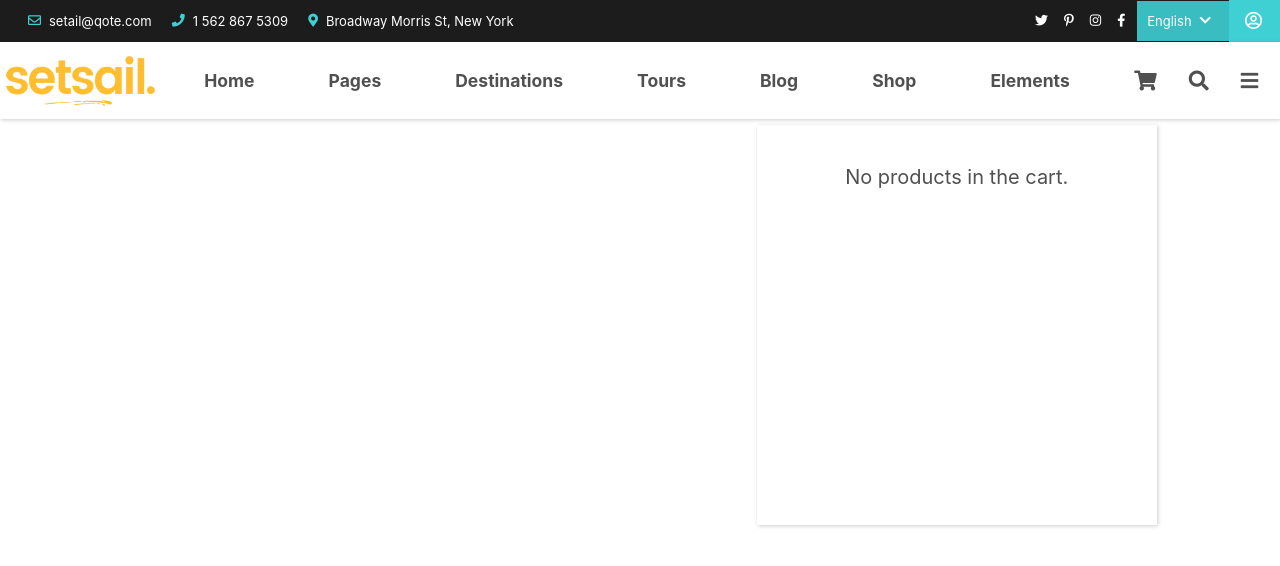
Repository: Hunga9k50doker/Setail
Page: /
These files come from the project's save history. The page is drawn as it stood at one moment and after a run of saves; the edit follows.
The browser window is 1280 px wide. The pictures show the whole page.
The project was rebuilt for these pictures with package versions that can differ from the ones it lists, and the page was loaded fresh each time.

Above is the page before, as saved 2021-10-21 11:40:11.

### public/index.html
<!DOCTYPE html>
<html lang="en">

<head>
  <meta charset="utf-8" />
  <link rel="icon" href="%PUBLIC_URL%/favicon.ico" />
  <meta name="viewport" content="width=device-width, initial-scale=1" />
  <meta name="theme-color" content="#000000" />
  <meta name="description" content="Web site created using create-react-app" />
  <link rel="stylesheet" href="./font/fontawesome-free-5.15.3-web/css/all.min.css">
  <link rel="apple-touch-icon" href="%PUBLIC_URL%/logo192.png" />
  <!--
      manifest.json provides metadata used when your web app is installed on a
      user's mobile device or desktop. See https://developers.google.com/web/fundamentals/web-app-manifest/
    -->
  <link rel="manifest" href="%PUBLIC_URL%/manifest.json" />
  <!--
      Notice the use of %PUBLIC_URL% in the tags above.
      It will be replaced with the URL of the `public` folder during the build.
      Only files inside the `public` folder can be referenced from the HTML.

      Unlike "/favicon.ico" or "favicon.ico", "%PUBLIC_URL%/favicon.ico" will
      work correctly both with client-side routing and a non-root public URL.
      Learn how to configure a non-root public URL by running `npm run build`.
    -->
  <title>React App</title>
</head>

<body>
  <noscript>You need to enable JavaScript to run this app.</noscript>
  <div id="root">

  </div>
  <script type="text/babel">
  </script>
  <!--
      This HTML file is a template.
      If you open it directly in the browser, you will see an empty page.

      You can add webfonts, meta tags, or analytics to this file.
      The build step will place the bundled scripts into the <body> tag.

      To begin the development, run `npm start` or `yarn start`.
      To create a production bundle, use `npm run build` or `yarn build`.
    -->
</body>

</html>

### src/index.js
import React from "react";
import ReactDOM from "react-dom";
import App from "./views/App.js";
import reportWebVitals from "./reportWebVitals";
import "./styles/global.scss";
// import socialNetworks from '../src/components/socialNetworks'

ReactDOM.render(
  <React.StrictMode>
    <App />
  </React.StrictMode>,
  document.getElementById("root")
);

// If you want to start measuring performance in your app, pass a function
// to log results (for example: reportWebVitals(console.log))
// or send to an analytics endpoint. Learn more: https://bit.ly/CRA-vitals
reportWebVitals();

### src/views/App.js
import './App.scss';
import NavOnTop from '../components/NavOnTop/NavOnTop';
import Nav from '../components/Navigation/Nav';

function App() {

  return (
    <div className="App">
      <NavOnTop />
      <Nav />
    </div>
  );
}

export default App;

### src/styles/global.scss
@import './variables';

* {
  margin: 0;
  padding: 0;
  box-sizing: border-box;
}

body {
  margin: 0;
  font-family: -apple-system, BlinkMacSystemFont, "Segoe UI", "Roboto", "Oxygen",
    "Ubuntu", "Cantarell", "Fira Sans", "Droid Sans", "Helvetica Neue",
    sans-serif;
  -webkit-font-smoothing: antialiased;
  -moz-osx-font-smoothing: grayscale;
}

code {
  font-family: source-code-pro, Menlo, Monaco, Consolas, "Courier New",
    monospace;
}

ul,
li {
  display: inline-block;
  list-style: none;
  padding-left: 0;
}

a {
  text-decoration: none;
  display: inline-block;
  color: #505050;
}

.bridge {
  content: "";
  position: absolute;
  top: -4px;
  left: 50%;
  transform: translate(-50%, 0);
  width: 100%;
  height: 8px;
}

.hover-slide-below {
  content: " ";
  width: 100%;
  height: 4px;
  background: $bg-color--hover;
  position: absolute;
  bottom: -8px;
  left: 0;
  border-radius: 8px;
  transform: scaleX(0);
  transform-origin: center left;
  transition: all 0.3s ease;
}

### src/views/App.scss
.App {
  text-align: center;
  background: #999;
}

### src/components/NavOnTop/NavOnTop.js
// import { render } from "@testing-library/react";
import './NavOnTop.scss';

const NavOnTop = () => {
  return (
    <div className="nav__onTop">
      <ul className="nav__onTop-leftInner">
        <li className="nav__onTop-leftInner-item">
          <i className="far fa-envelope"></i>
          <p className="nav__onTop-leftInner-item-text">setail@qote.com</p>
        </li>
        <li className="nav__onTop-leftInner-item">
          <i className="fas fa-phone"></i>
          <p className="nav__onTop-leftInner-item-text">1 562 867 5309</p>
        </li>
        <li className="nav__onTop-leftInner-item">
          <i className="fas fa-map-marker-alt"></i>
          <p className="nav__onTop-leftInner-item-text">
            Broadway Morris St, New York
          </p>
        </li>
      </ul>
      <ul className="nav__onTop-rightInner">
        <li className="nav__onTop-rightInner-item nav__onTop-rightInner-item-socialNetwork">
          <i className=" fab fa-twitter"></i>
        </li>
        <li className="nav__onTop-rightInner-item nav__onTop-rightInner-item-socialNetwork">
          <i className=" fab fa-pinterest-p"></i>
        </li>
        <li className="nav__onTop-rightInner-item nav__onTop-rightInner-item-socialNetwork">
          <i className=" fab fa-instagram"></i>
        </li>
        <li className="nav__onTop-rightInner-item nav__onTop-rightInner-item-socialNetwork">
          <i className=" fab fa-facebook-f"></i>
        </li>
        <li className="nav__onTop-rightInner-item nav__onTop-rightInner-item-toggleLang">
            <p>English</p>
            <i className="fas fa-chevron-down"></i>
          <div className="nav__onTop-rightInner-item-langs">
            <a href="#" className="nav__onTop-rightInner-item-lang">
              VietNam
            </a>
            <a href="#" className="nav__onTop-rightInner-item-lang">
              France
            </a>
            <a href="#" className="nav__onTop-rightInner-item-lang">
              German
            </a>
          </div>
        </li>
        <li className="nav__onTop-rightInner-item nav__onTop-rightInner-account">
          <i className="far fa-user-circle"></i>
        </li>
      </ul>
    </div>
  );
};

export default NavOnTop;

### src/components/Navigation/Nav.js
import "./Nav.scss";

const Nav = () => {
  return (
    <div className="nav">
      <img src="./logo/logo-footer.png" alt="Not found" className="nav__logo" />
      <ul className="nav__list">
        <li className="nav__list-item nav__list-item-Home">
          <h3 className="nav__list-item-title">Home</h3>
          <div className="nav__list-item-selections">
            <a href="#" className="nav__list-item-selection">
              <p>Travel Agency</p>
            </a>
            <a href="#" className="nav__list-item-selection">
              <p>Winters Holidays</p>
            </a>
            <a href="#" className="nav__list-item-selection">
              <p>Exotic Destinations</p>
            </a>
          </div>
        </li>
        <li className="nav__list-item nav__list-item-Pages">
          <h3 className="nav__list-item-title">Pages</h3>
          <div className="nav__list-item-selections">
            <a href="#" className="nav__list-item-selection">
              <p>About Us</p>
            </a>
            <a href="#" className="nav__list-item-selection">
              <p>What We Offer</p>
            </a>
            <a href="#" className="nav__list-item-selection">
              <p>Our Team</p>
            </a>
          </div>
        </li>
        <li className="nav__list-item nav__list-item-Destinations">
          <h3 className="nav__list-item-title">Destinations</h3>
          <div className="nav__list-item-selections">
            <a href="#" className="nav__list-item-selection">
              <p>Destination List</p>
            </a>
            <a href="#" className="nav__list-item-selection">
              <p>Destination Slider</p>
            </a>
            <a href="#" className="nav__list-item-selection">
              <p>Destination Item</p>
            </a>
          </div>
        </li>
        <li className="nav__list-item nav__list-item-Tours">
          <h3 className="nav__list-item-title">Tours</h3>
          <div className="nav__list-item-selections">
            <a href="#" className="nav__list-item-selection">
              <p>Standard List</p>
            </a>
            <a href="#" className="nav__list-item-selection">
              <p>Gallery List</p>
            </a>
            <a href="#" className="nav__list-item-selection">
              <p>Split List</p>
            </a>
          </div>
        </li>
        <li className="nav__list-item nav__list-item-Blog">
          <h3 className="nav__list-item-title">Blog</h3>
          <div className="nav__list-item-selections">
            <a href="#" className="nav__list-item-selection">
              <p>Blog Masonry</p>
            </a>
            <div className="nav__list-item-selection">
              <p>Blog Standard</p>
              <i className="fas fa-chevron-right"></i>
              <ul className="sub-menu ">
                <li className="sub-menu-item">
                  <a href="#">Right Sidebar</a>
                </li>
                <li className="sub-menu-item">
                  <a href="#">Left Sidebar</a>
                </li>
                <li className="sub-menu-item">
                  <a href="#">Without Sidebar</a>
                </li>
              </ul>
            </div>
            <div className="nav__list-item-selection">
              <p>Blog Types</p>
              <i className="fas fa-chevron-right"></i>
              <ul className="sub-menu ">
                <li className="sub-menu-item">
                  <a href="#">Standard </a>
                </li>
                <li className="sub-menu-item">
                  <a href="#">Gallery </a>
                </li>
                <li className="sub-menu-item">
                  <a href="#">Link</a>
                </li>
              </ul>
            </div>
          </div>
        </li>
        <li className="nav__list-item nav__list-item-Shop">
          <h3 className="nav__list-item-title">Shop</h3>
          <div className="nav__list-item-selections">
            <a href="#" className="nav__list-item-selection">
              <p>Product List</p>
            </a>
            <a href="#" className="nav__list-item-selection">
              <p>Product Single</p>
            </a>
            <div className="nav__list-item-selection">
              <p>Shop Layout</p>
              <i className="fas fa-chevron-right"></i>
              <ul className="sub-menu">
                <li className="sub-menu-item">
                  <a href="#">Three Columns </a>
                </li>
                <li className="sub-menu-item">
                  <a href="#">Four Columns </a>
                </li>
                <li className="sub-menu-item">
                  <a href="#">Full Width</a>
                </li>
              </ul>
            </div>
          </div>
        </li>
        <li className="nav__list-item nav__list-item-Elements">
          <h3 className="nav__list-item-title">Elements</h3>
          <div className="nav__list-item-selections">
            <ul className="nav__list-item-selection sub-category">
              <li className="sub-category-item">Featured</li>
              <li className="sub-category-item">
                <a href="#">Tour List</a>
              </li>
              <li className="sub-category-item">
                <a href="#">Tour Carousel</a>
              </li>
              <li className="sub-category-item">
                <a href="#">Tour Filter</a>
              </li>
            </ul>
            <ul className="nav__list-item-selection sub-category">
              <li className="sub-category-item">Presentation</li>
              <li className="sub-category-item">
                <a href="#">Team</a>
              </li>
              <li className="sub-category-item">
                <a href="#">Blog List</a>
              </li>
              <li className="sub-category-item">
                <a href="#">Shop List</a>
              </li>
            </ul>
            <ul className="nav__list-item-selection sub-category">
              <li className="sub-category-item">ClassNameic</li>
              <li className="sub-category-item">
                <a href="#">Accordions</a>
              </li>
              <li className="sub-category-item">
                <a href="#">Tabs</a>
              </li>
              <li className="sub-category-item">
                <a href="#">Buttons</a>
              </li>
            </ul>
            <ul className="nav__list-item-selection sub-category">
              <li className="sub-category-item">Typography</li>
              <li className="sub-category-item">
                <a href="#">Headings</a>
              </li>
              <li className="sub-category-item">
                <a href="#">Columns</a>
              </li>
              <li className="sub-category-item">
                <a href="#">Section Title</a>
              </li>
            </ul>
          </div>
        </li>
      </ul>
      <ul className="nav__innerRight">
        <li className="nav__innerRight-item nav__innerRight-item-cart">
          <i className="fas fa-shopping-cart"></i>
          <div className="cart-category">
            <p>No products in the cart.</p>
          </div>
        </li>
        <li className="nav__innerRight-item nav__innerRight-item-search">
          <i className="fas fa-search"></i>
        </li>
        <li className="nav__innerRight-item nav__innerRight-item-category">
          <i className="fas fa-bars"></i>
        </li>
      </ul>
    </div>
  );
};

export default Nav;

### src/styles/_variables.scss


$primary-color:#3fd0d4;
$bg-color--hover:#3abdc1;
$text-color: #505050;
$white-color:#fff;

### src/components/NavOnTop/NavOnTop.scss
@import '../../styles/variables';

.nav__onTop {
  display: flex;
  align-items: center;
  justify-content: space-between;
  padding: 0 0 0 18px;
  background: #1c1c1c;
  color: #fff;
  &-leftInner,
  &-rightInner {
    display: flex;
    align-items: center;
    &-item {
      display: flex;
      align-items: center;
      justify-content: center;
      font-size: 13px;
      padding: 0 10px;
      cursor: pointer;
      &:hover {
        color: $primary-color;
      }
      i {
        margin-right: 8px;
      }

      &-langs {
        // display: none;
        transition: all 0.3s ease;
                position: absolute;
       bottom: calc( -100% - 54px);
       left: 0;
       right: 0;
      z-index: -1;
      transform: translateY(-200%);
      opacity: 0;
    }
    &-lang{
        padding:6px 10px;
        display:flex;
        align-items:center;
        justify-content: center;
        flex-direction: column;
        background: $primary-color;
        color:#fff;
        &:hover{
            background: $bg-color--hover;
        }
        &:last-child{
            padding-bottom: 12px;
        }

        &:first-child{
            position: relative;
            &:after{
                content: " ";
                position: absolute;
                width: 100%;
                height: 8px;
                top: -4px;
            }
        }
    }
    }



    &-item-socialNetwork {
      padding-left: 4px;
      padding-right: 4px;
    }
    &-item-toggleLang {
    position: relative;
      background: $bg-color--hover;
      display: flex;
      align-items: center;
      height: 100%;
      margin: 0;
      padding: 12px 10px;
      justify-content: space-around;
      p {
        display: inline-block;
        margin-right: 8px;
      }
    }
    &-item-toggleLang:hover .nav__onTop-rightInner-item-langs{
       transform: translateY(0);
       opacity: 1;
        z-index: 5;

    }

    &-account {
      background: $primary-color;
      padding:12px 10px 12px 16px;
      display: flex;
      align-items: center;
      justify-content: center;
      i {
        display: inline-block;
        font-size: 1.1rem;
      }
      &:hover{
          color: #999;
          background: $bg-color--hover;
      }
    }
  }
   &-leftInner {
      i {
        color: $primary-color;
      }
    }
}


// ============Animation=====================

### src/components/Navigation/Nav.scss
@import "../../styles/variables";
@import "../../styles/global.scss";

.nav {
  position: fixed;
  left: 0;
  right: 0;
  top: 42px;
  z-index: 5;
  transition: all 0.3s ease;
  display: flex;
  align-items: center;
  justify-content: space-around;
  box-shadow:1px 1px 4px rgba(0, 0, 0, 0.2);
  &__logo {
    cursor: pointer;
    width: 150px;
    height: 50px;
    font-size: 14px;
  }

  &__list {
    display: flex;
    align-items: center;
    justify-content: center;
    &-item {
      position: relative;
      transition: all 0.5s ease;
      padding: 28px 37px;
      font-size: 15px;
      cursor: pointer;
      color: $text-color;
      &:hover {
        color: $primary-color;
      }

      &-title {
        position: relative;
        font-weight: 700;

        &:after {
          @extend .hover-slide-below;
        }
        &:hover:after {
          transform: scaleX(1);
          transform-origin: left center;
        }
      }
      &-selections {
        transition: all 0.3s ease;
        text-align: left;
        flex-direction: column;
        position: absolute;
        border-radius: 2px;
        top: 82px;
        left: 0;
        width: calc(150% + 50px);
        box-shadow: 0px 0px 5px rgba(0, 0, 0, 0.2);
        transform: scaleY(0);
        transform-origin: center top;

        &:before {
          @extend .bridge;
        }
      }

      &:hover &-selections {
        transform: scaleY(1);
        transform-origin: top center;
      }
      &-selection {
        position: relative;
        display: block;
        padding: 5px 25px 6px 32px;
        font-size: 15px;
        color: $text-color;
        font-weight: 500;
        p {
          position: relative;
          display: inline-block;
          width: fit-content;
          &:after {
            @extend .hover-slide-below;
            height: 3px;
          }
        }
        &:hover {
          color: $primary-color;

          .sub-menu {
            display: flex;
            transform:scaleX(1);
            transform-origin: left center;
            opacity: 1;
          }
        }
        &:hover p:after {
          transform: scaleX(1);
          transform-origin: left center;

        }
        &:first-child {
          padding-top: 34px;
        }
        &:last-child {
          margin-bottom: 34px;
        }

        .sub-menu {
          position: absolute;
          top: 0;
          z-index: -1;
          left: 100%;
          align-items: flex-start;
          float: left;
          flex-direction: column;
          box-shadow: 1px 1px 4px rgba(0, 0, 0, 0.2);
          width: 100%;
          padding: 28px 0 28px 0;
          transform: scaleX(0);
          opacity:0;
          transform-origin: center left;
          transition: all 0.3s ease;
          &-item {
            width: 100%;
            padding: 5px 37px 6px 37px;
            color: $text-color;
            a {
              position: relative;
              display: inline-block;
              width: fit-content;
              &:after {
                @extend .hover-slide-below;
                height: 2px;
              }
            }
            &:hover a {
              color: $primary-color;
            }
            &:hover a:after {
              transform: scaleX(1);
              transform-origin: left center;
            }
          }
        }
      }

      &:nth-child(5)  &-selection,
      &:nth-child(6) &-selection {
        display: flex;
        align-items: center;
        justify-content: space-between;
      }

      &:nth-child(7) .sub-category {
        display: flex;
        align-items: flex-start;
        flex-direction: column;
        padding: 10px 20px;
        flex: 1;
        &-item {
          position: relative;
          padding: 7px 37px;
          &:first-child {
            color: $primary-color;
            font-size: 16px;
            font-weight: 700;
            margin-bottom: 20px;
          }
          a {
            position: relative;
            width: fit-content;
            &:after {
              @extend .hover-slide-below;
              height: 3px;
            }
          }

          &:hover a {
            color: $primary-color;
          }

          &:hover a:after {
            transform: scaleX(1);
            transform-origin: left center;
          }
        }
      }
    }

    &-item:nth-child(7) &-item-selections {
      display: flex;
      position: fixed;
      top: 120px;
      left: 0;
      width: 100vw;
      flex-direction: row;
      padding: 37px 50px;
    }
  }

  &__innerRight {
    display: flex;
    align-items: center;
    justify-content: center;
    &-item {
      position: relative;
      transition: all 0.5s ease;
      cursor: pointer;
      margin: 0 16px;
      font-size: 20px;
      color: $text-color;
      z-index: 2;
      transform: scale(1);
      &-cart{
        position: relative;
        .cart-category{
          position: absolute;
          top: 56px;
          right: 0;
          width: 400px;
          min-height: 400px;
          box-shadow: 1px 1px 4px rgba(0, 0, 0, 0.2);
          text-align: center;
          p{
            display: inline-block;
            margin-top: 40px;
          }
        }
      }
      &:hover {
        transform: scale(1.2);
        color: $bg-color--hover;
      }
    }
  }
}

Loaded but not shown: src/reportWebVitals.js (common file); public/font/fontawesome-free-5.15.3-web/css/all.min.css (library)

After the next 2 saves:
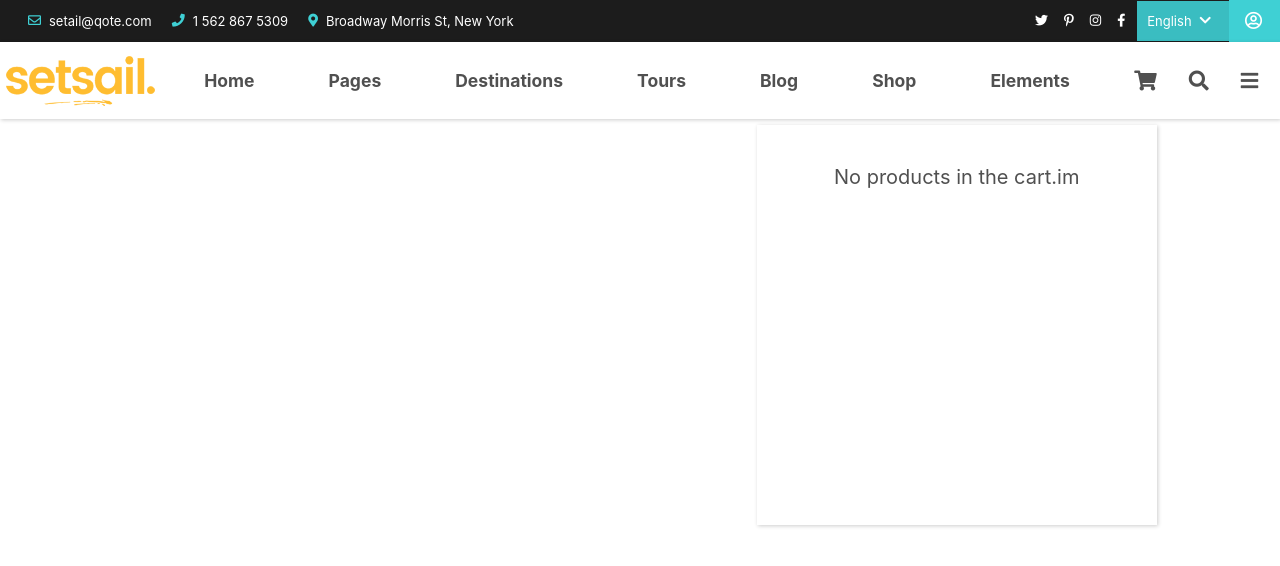
The 2 saves are shown as one change because they came seconds apart.
The last was saved 26 min 46 s later.
--- a/src/components/Navigation/Nav.js
+++ b/src/components/Navigation/Nav.js
@@ -184,6 +184,7 @@ const Nav = () => {
           <i className="fas fa-shopping-cart"></i>
           <div className="cart-category">
             <p>No products in the cart.</p>
+            im
           </div>
         </li>
         <li className="nav__innerRight-item nav__innerRight-item-search">
